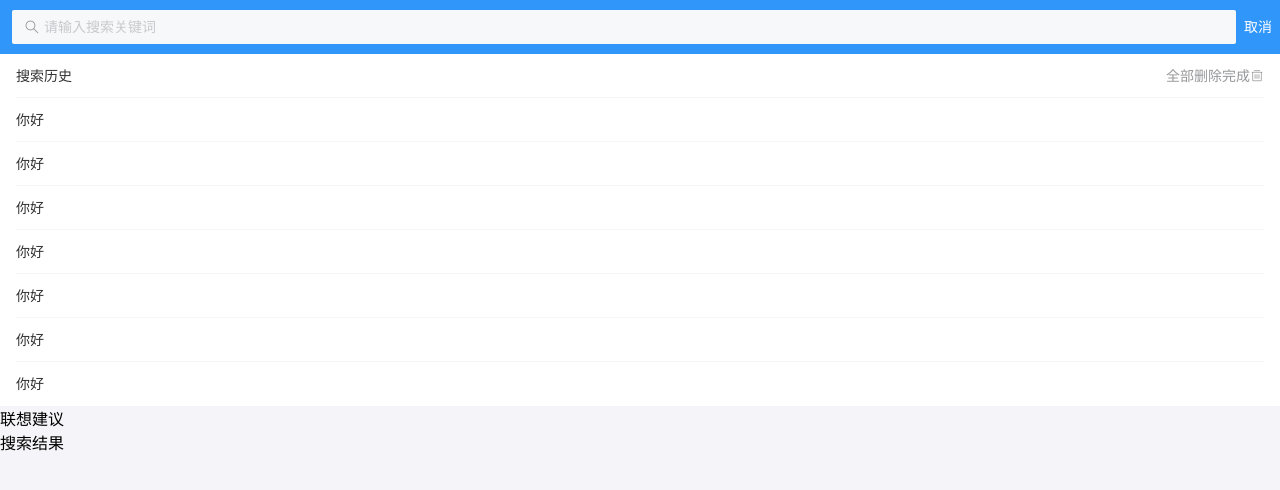
Repository: xn-lb/toutiao-mb
Page: /#/search
An editor plug-in stored every save of this project. The page is shown before and after the next save, followed by the edit.
The browser window is 1280 px wide. The pictures show the whole page.
The project was rebuilt for these pictures with package versions that can differ from the ones it lists, and the page was loaded fresh each time. Also part of the build but not shown: vue.config.js.

Above is the page before, as saved 2023-04-17 21:51:20.

After the next save:
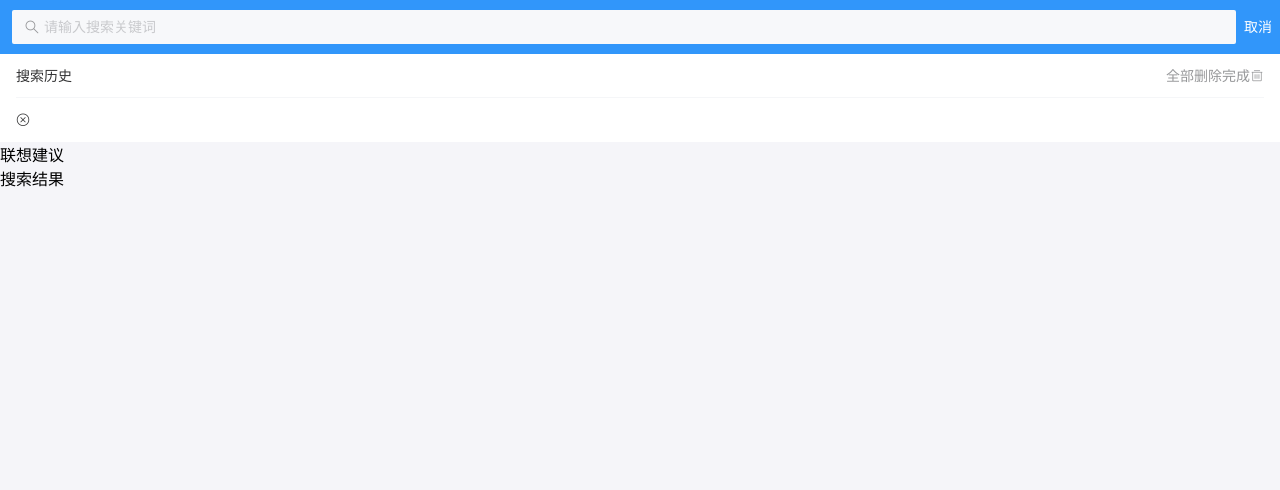
Saved 2 min 6 s later.
--- a/src/views/search/components/search-history.vue
+++ b/src/views/search/components/search-history.vue
@@ -5,13 +5,10 @@
       <span>完成</span>
       <van-icon name="delete-o" />
     </van-cell>
-    <van-cell title="你好"></van-cell>
-    <van-cell title="你好"></van-cell>
-    <van-cell title="你好"></van-cell>
-    <van-cell title="你好"></van-cell>
-    <van-cell title="你好"></van-cell>
-    <van-cell title="你好"></van-cell>
-    <van-cell title="你好"></van-cell>
+    <van-cell>
+      <van-icon name="close"></van-icon>
+    </van-cell>
+
   </div>
 </template>
 
